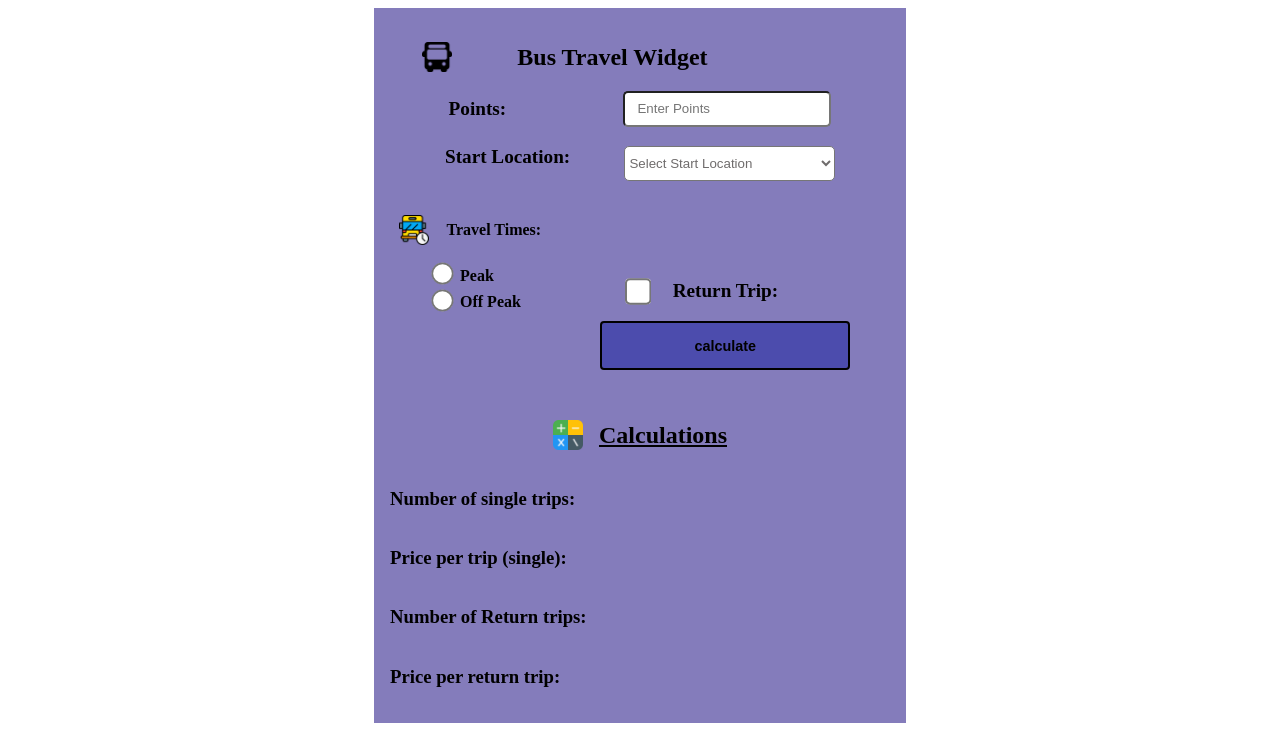
Repository: lasity34/bus_travel
Page: index.html
An editor plug-in stored every save of this project. The page is shown before and after the next save, followed by the edit.
The browser window is 1280 px wide. The pictures show the whole page.

Above is the page before, as saved 2023-05-31 14:21:52.

### index.html
<!DOCTYPE html>
<html lang="en">
  <head>
    <meta charset="UTF-8" />
    <meta http-equiv="X-UA-Compatible" content="IE=edge" />
    <meta name="viewport" content="width=device-width, initial-scale=1.0" />
    <link href="./style.css" rel="stylesheet" />
    <title>Bus travel</title>
  </head>
  <body>
    <div class="widget_container">
      <header>
        <img src="./images/bus.png" width="30" height="30" />
        <h2>Bus Travel Widget</h2>
      </header>
      <section>
        <div class="points_container">
          <label for="points">Points:</label>
          <input
            type="number"
            name="points"
            id="points"
            placeholder="Enter Points"
          />
        </div>
        <div class="start_location_container">
          <label for="dropdown">Start Location:</label>
          <select id="dropdown" name="dropdown">
            <option value="select_location">Select Start Location</option>
            <option value="atlantis">Atlantis</option>
            <option value="pinelands">Pinelands</option>
            <option value="milnerton">Milnerton</option>
          </select>
        </div>
      </section>
      <section class="calculate_container">
        <div class="calculate_title">
          <img src="./images/bus_time.png" width="30" height="30" />
          <h4>Travel Times:</h4>
        </div>
        <div class="input_container">
          <div class="calculate_input">
            <input type="radio" id="peak" name="time" value="peak" />
            <label for="peak">Peak</label><br />
            <input type="radio" id="off-peak" name="time" value="off-peak" />
            <label for="off-peak">Off Peak</label><br />
          </div>
          <div class="check_calculate">
            <div class="check_box">
              <input type="checkbox" name="return" />
              <h4>Return Trip:</h4>
            </div>
            <button class="calculate_btn">calculate</button>
          </div>
        </div>
      </section>
      <section class="display_container">
        <div class="display_title">
          <img src="./images/calculator.png" width="30" height="30" />
          <h2>Calculations</h2>
        </div>
        <div>
          <div class="calculation_display">
            <h3>Number of single trips:</h3>
            <span id="number_single_trips"></span>
          </div>
          <div class="calculation_display">
            <h3>Price per trip (single):</h3>
            <span id="price_per_single_trip"></span>
          </div>
          <div class="calculation_display">
            <h3>Number of Return trips:</h3>
            <span id="number_return_trips"></span>
          </div>
          <div class="calculation_display">
            <h3>Price per return trip:</h3>
            <span id="price_per_return"></span>
          </div>
        </div>
      </section>

      <script src="./bus_travel_factory.js"></script>
      <script src="./bus_travel.js"></script>
    </div>
  </body>
</html>

### style.css


.widget_container {
   margin: 0 auto;
   display: flex;
   flex-direction: column;
   justify-content: center;
    background-color: rgb(132, 124, 187);
    width: 70%;
    max-width: 500px;
    font-weight: bold;
    padding: 1em;
}

header {
    display: flex;
    align-items: center;
    justify-content: space-around;
    width: 70%;
}

.points_container  {
    display: flex;
    width: 100%;
    justify-content: space-around;
    align-items: center;
}

.points_container label {
    font-size: 1.2rem;
}

.points_container input {
    border-radius: 5px;
    height: 30px;
    text-indent: 10px;
    width: 40%;
}

input[type='number']::-webkit-inner-spin-button,
input[type='number']::-webkit-outer-spin-button {
    -webkit-appearance: none;
    margin: 0;
}

input[type='number'] {
    -moz-appearance: textfield;
}

.start_location_container {
    padding: 1em 0;
    display: flex;
    margin: 0 auto;
    justify-content: space-between;
    width: 78%;
    font-size: 1.2rem;
    max-width: 500px;
}

select {
    background-color: white;
    width: 54%;
    height: 35px;
    border-radius: 5px;
    color: rgb(111, 108, 108);
}

option {
    font-weight: lighter;

}

button {
    background-color: #4c4cad; /* Dark Blue */
    border: 2px solid black;
    color: black;
    text-align: center;
    display: inline-block;
    font-size: 0.9rem;
    font-weight: 700;
    transition-duration: 0.4s;
    cursor: pointer;
    padding: 1em;
    border-radius: 4px;
    width: 100%;
    margin: 0 auto;
  }

  button:hover {
    background-color: #0000FF; /* Blue */
    color: white;
  }

  .calculate_title {
    display: flex;
    width: 32%;
    justify-content: space-around;
    align-content: center;
  }

  .calculate_title img {
    align-self: center;
  }

  input[type="radio"], input[type="checkbox"] {
    transform: scale(1.7); /* Adjust the scale factor as needed */
    margin: 0.5em;
}

input[type="checkbox"] {
    border: 1px solid black;
}

.input_container {
    display: flex;
    justify-content: space-around;
}

.check_calculate {
    width: 50%;
}

.check_box {
    display: flex;
    justify-content: center;
    width: 80%;
    transform: scale(1.2)
}

.check_box h4 {
    margin-left: 1em;
}


.display_title {
    display: flex;
    justify-content: center;
    margin-top: 2em;
}

.display_title img {
    align-self: center;
    margin-right: 1em;
}

.display_title h2 {
    text-decoration: underline;
}

.calculation_display {
    display: flex;
    justify-content: space-between;
    width: 80%;
}

.calculation_display div {
    width: 40%;
    height: 20px;
    background-color: rgb(166, 169, 169);
    align-self: center;
    border-radius: 5px;
    text-align: center;
    padding: 0.2em;
}

.calculation_display div span {
    font-size: 1.2rem;
}

### bus_travel_factory.js
// create input for points
// create function for bus location
// create function for peak times
//  need to calculate how many single trips
// need to calculate cost for single trip
//  need to calculate return trip
// need calculate how many return trips

function bus_travel_factory() {
  let points = 0;
  let location = "";
  let peak = false;
  let number_of_trips = 0;
  let price_single_trip = 0;
  let return_trip = false;
  let number_of_return_trips = 0;
  let price_return_trip = 0

  function points_input(input) {
    points = input;
  }

  function peak_times(input) {
    if (input === "peak") {
      peak = true;
    } else if (input === "off-peak") {
      peak = false;
    }
  }

  function returned_checked(input) {
    if (input) {
      return_trip = true;
    } else if (input === "off-peak") {
      return_trip = false;
    }
  }

  function bus_location(input) {
    let reduction;
    if (input === "milnerton") {
      location = "milnerton";
      reduction = 20;
    } else if (input === "atlantis") {
      location = "atlantis";
      reduction = 30;
    } else if (input === "pinelands") {
      location = "pinelands";
      reduction = 15;
    }
    if (input === "select_location") {
      location = "select_location";
      number_of_trips = 0;
    }

    if (peak) {
      reduction = reduction * 1.25;
    }

    number_of_trips = Math.floor(points / reduction);
    price_single_trip = reduction;

    if (return_trip) {
      price_return_trip = reduction * 2;
      number_of_return_trips = Math.floor(points / (reduction * 2));
    } else {
      number_of_return_trips = Math.floor(points / reduction);
    }
  }

  function points_value() {
    return points;
  }

  function location_return() {
    return location;
  }

  function number_trips() {
    return number_of_trips;
  }

  function number_return_trips() {
    return number_of_return_trips;
  }

  function price_per_single_trip() {
    return price_single_trip;
  }

  function price_per_return_trip() {
    return price_return_trip
  }

  return {
    points_input,
    points_value,
    bus_location,
    location_return,
    peak_times,
    number_trips,
    price_per_single_trip,
    returned_checked,
    number_return_trips,
    price_per_return_trip
  };
}

### bus_travel.js

const points_value = document.querySelector("#points")
const calculate_btn = document.querySelector(".calculate_btn")
const location_select = document.querySelector("#dropdown")
const single_trips_display = document.querySelector("#number_single_trips")
const price_per_single_trip_display = document.querySelector("#price_per_single_trip")
const price_per_return_trip_display = document.querySelector("#price_per_return")
const return_trips_display = document.querySelector("#number_return_trips")
const checkbox = document.querySelector('input[name="return"]');
const bus_instance = bus_travel_factory()

function bus_travel() {
    const points_input_value = points_value.value
    const selected_time = document.querySelector('input[name="time"]:checked').value;
    bus_instance.peak_times(selected_time)
    bus_instance.points_input(points_input_value)
    bus_instance.returned_checked(checkbox.checked)
    bus_instance.bus_location(location_select.value)

    if (checkbox.checked) {
        price_per_single_trip_display.style.display = "none";
        price_per_return_trip_display.style.display = "block";
        single_trips_display.style.display = "none";
        return_trips_display.style.display = "block";
    } else {
        price_per_single_trip_display.style.display = "block";
        price_per_return_trip_display.style.display = "none";
        single_trips_display.style.display = "block";
        return_trips_display.style.display = "none";
    }



    single_trips_display.innerHTML = bus_instance.number_trips()
    price_per_single_trip_display.innerHTML = bus_instance.price_per_single_trip()
    return_trips_display.innerHTML = bus_instance.number_return_trips();
    price_per_return_trip_display.innerHTML = bus_instance. price_per_return_trip()
}
function bus_location() {
    const selected_value = this.value
    bus_instance.bus_location(selected_value)

}



location_select.addEventListener("change", bus_location)


calculate_btn.addEventListener("click", bus_travel)

After the next save:
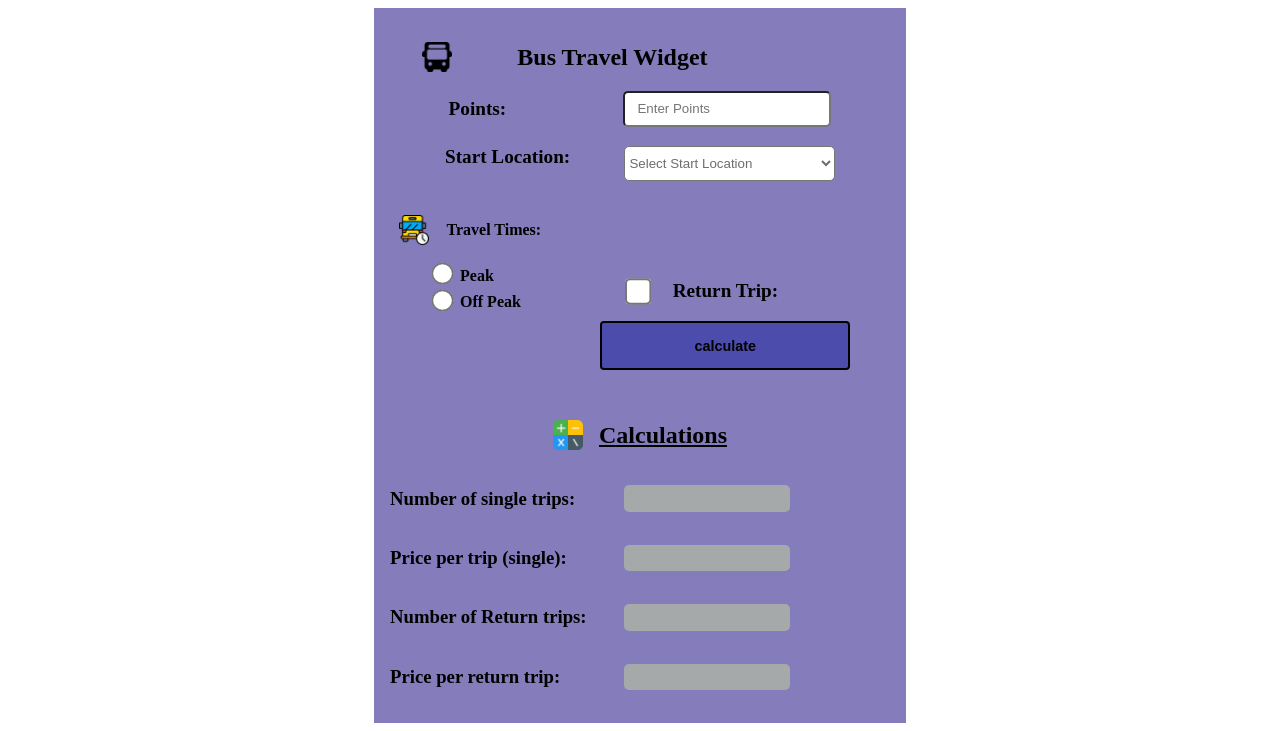
Saved 13 min 7 s later.
--- a/index.html
+++ b/index.html
@@ -62,19 +62,27 @@
         <div>
           <div class="calculation_display">
             <h3>Number of single trips:</h3>
-            <span id="number_single_trips"></span>
+            <div>
+              <span id="number_single_trips"></span>
+            </div>
           </div>
           <div class="calculation_display">
             <h3>Price per trip (single):</h3>
-            <span id="price_per_single_trip"></span>
+            <div>
+              <span id="price_per_single_trip"></span>
+            </div>
           </div>
           <div class="calculation_display">
             <h3>Number of Return trips:</h3>
-            <span id="number_return_trips"></span>
+            <div>
+              <span id="number_return_trips"></span>
+            </div>
           </div>
           <div class="calculation_display">
             <h3>Price per return trip:</h3>
-            <span id="price_per_return"></span>
+            <div>
+              <span id="price_per_return"></span>
+            </div>
           </div>
         </div>
       </section>
